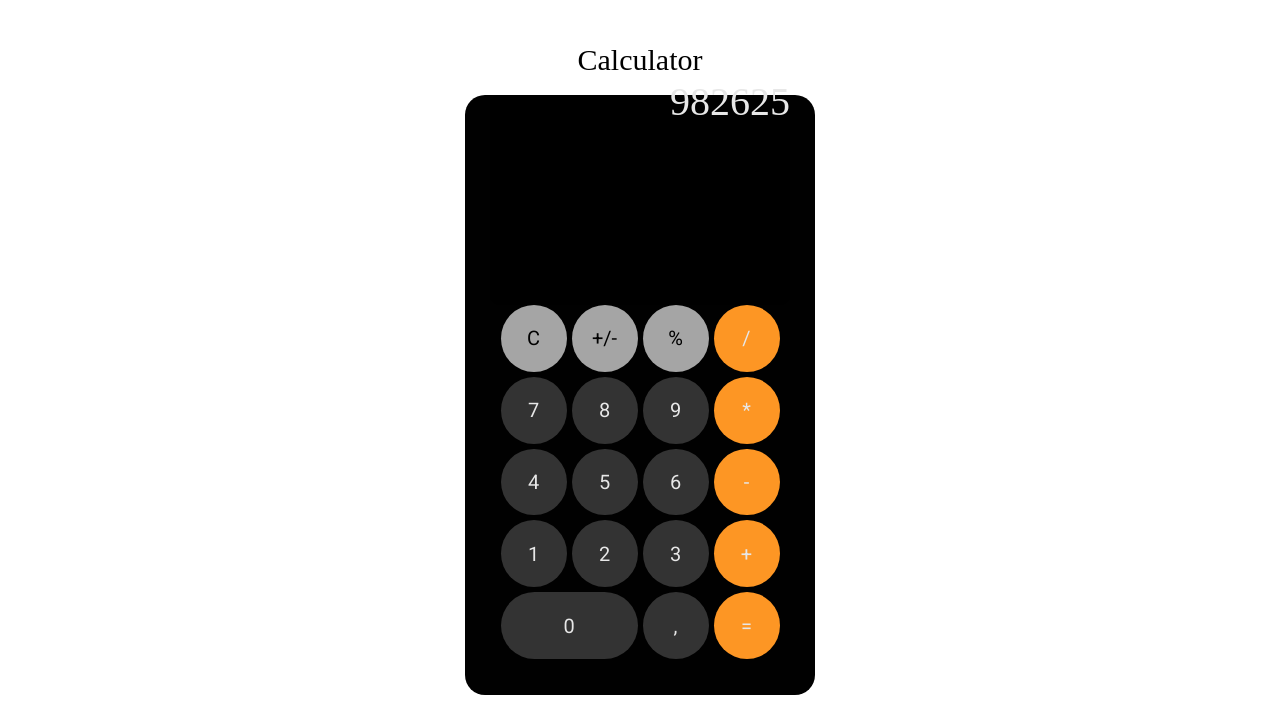
Repository: Gibon9/SimpleCalc
Page: index.html
These files come from the project's save history. The page is drawn as it stood at one moment and after the next save; the edit follows.
The browser window is 1280 px wide. The pictures show the whole page.
Some web fonts or font styles are not loaded; a fallback is used.

Above is the page before, as saved 2020-11-28 13:26:02.

After the next save:
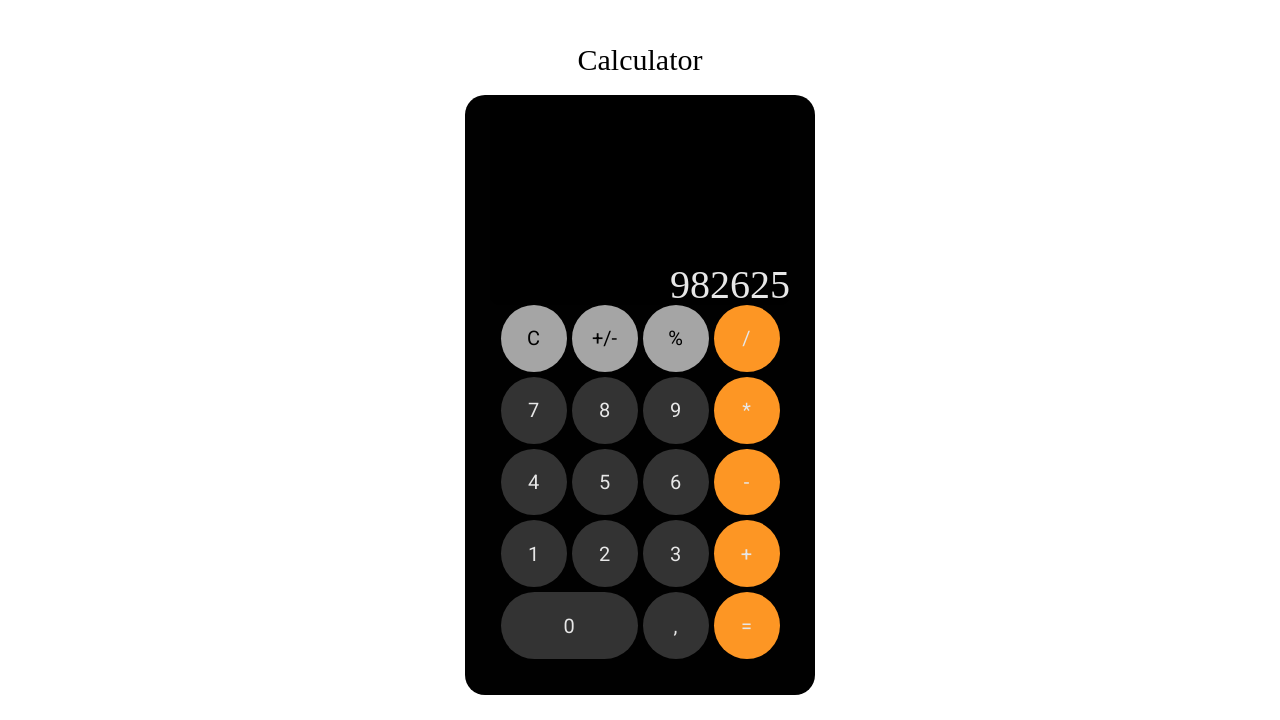
Saved 62 s later.
--- a/style/style.css
+++ b/style/style.css
@@ -45,6 +45,7 @@
 
 .calc-display {
   display: flex;
+  flex-direction: column;
   justify-content: flex-end;
   text-align: center;
   margin: 0 auto;
@@ -59,7 +60,6 @@
 .calc-dispaly--text {
   text-align: right;
   font-size: 40px;
-  line-height: 35%;
 }
 
 .keyboard {
